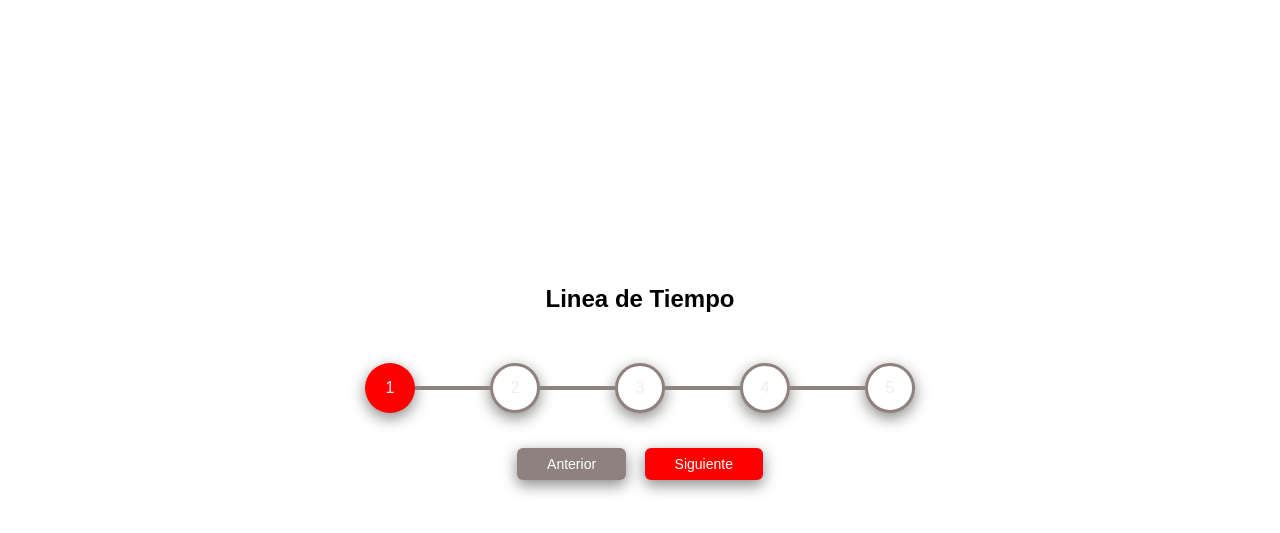
Repository: ElideZavala/Linea-de-tiempo
Page: index.html
An editor plug-in stored every save of this project. The page is shown before and after the next save, followed by the edit.
The browser window is 1280 px wide. The pictures show the whole page.
Some web fonts or font styles are not loaded; a fallback is used.

Above is the page before, as saved 2021-05-28 10:12:07.

After the next save:
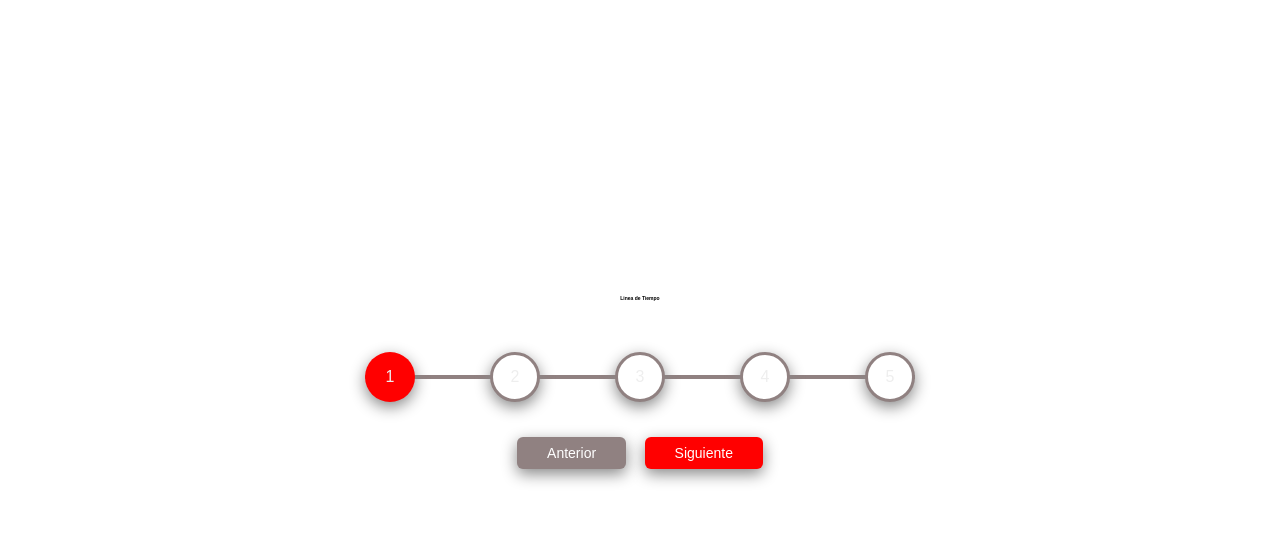
Saved 42 s later.
--- a/style.css
+++ b/style.css
@@ -24,6 +24,7 @@ body {
 
 h2 {
 	margin: 50px;
+	font-size: 5px;
 }
 
 .container {
